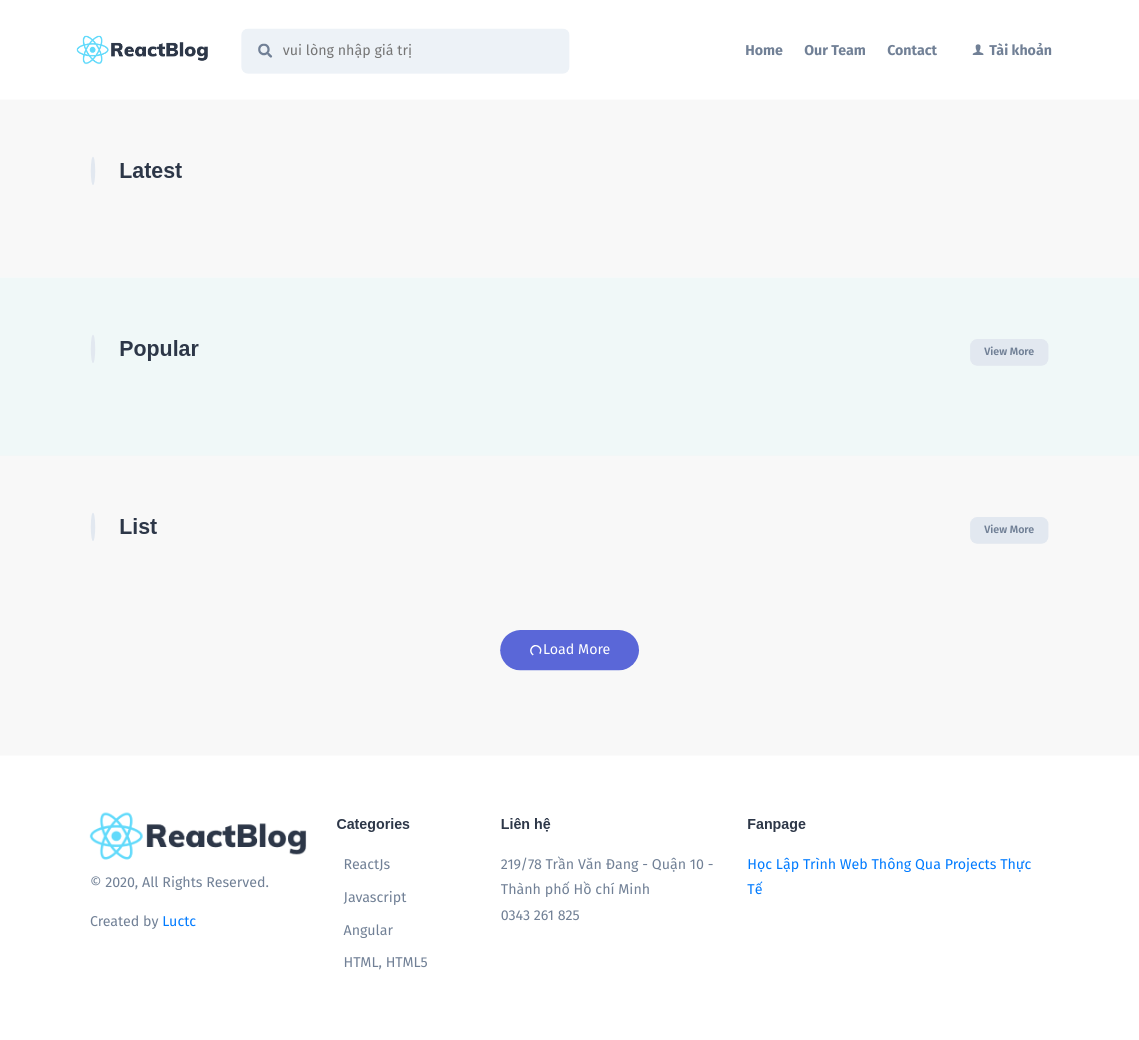
Repository: khuong30082000/Project-by-khuong
Page: /
An editor plug-in stored every save of this project. The page is shown before and after the next save, followed by the edit.
The browser window is 1280 px wide. The pictures show the whole page, at 89% of full size.
The page's requests for data from a server got no answer. Some web fonts or font styles are not loaded; a fallback is used. The project was rebuilt for these pictures with package versions that can differ from the ones it lists, and the page was loaded fresh each time. No one was signed in, and anything a server would have sent is missing. Also part of the build but not shown: src/components/ArticleItems/ArticleItemThumb.js, src/components/ArticleItems/ArticleItemTitle.js, src/components/ArticleItems/ArticleItemAvatar.js, src/components/ArticleItems/ArticleItemInfo.js, src/components/ArticleItems/ArticleItemCategory.js, src/components/ArticleItems/ArticleItemStats.js, src/components/ArticleItems/ArticleItemDesc.js, src/components/ArticleItems/index.js and 18 more.

Above is the page before, as saved 2022-04-12 16:08:37.

After the next save:
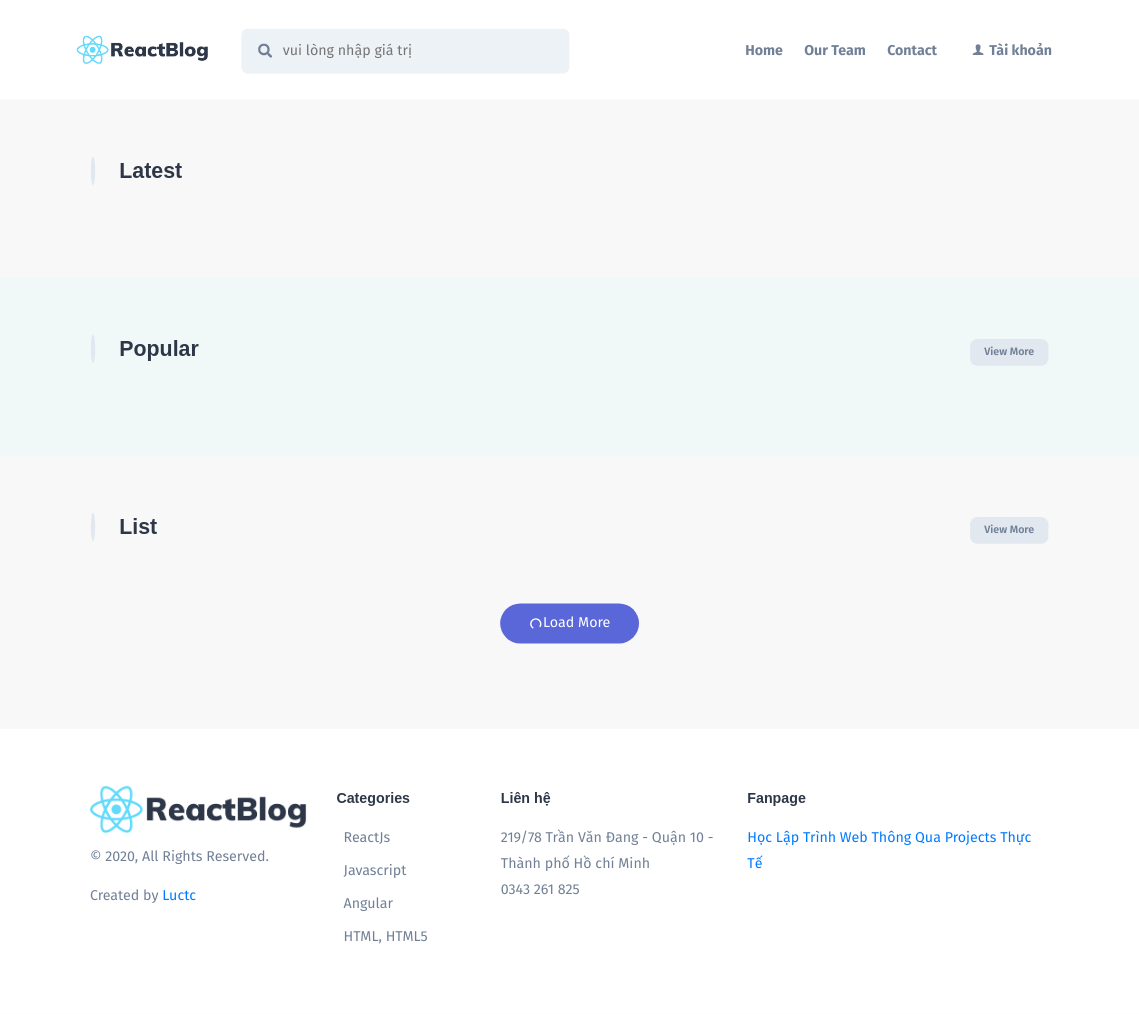
Saved 27 s later.
--- a/src/components/ArticleList/index.js
+++ b/src/components/ArticleList/index.js
@@ -20,12 +20,7 @@ function ArticleList() {
           <div className="tcl-col-12 tcl-col-md-6">
             <ArticleItems isStyleCard isShowAvatar={false} />
           </div>
-          <div className="tcl-col-12 tcl-col-md-6">
-            <ArticleItems isStyleCard isShowAvatar={false} />
-          </div>
-          <div className="tcl-col-12 tcl-col-md-6">
-            <ArticleItems isStyleCard isShowAvatar={false} />
-          </div>
+
         </div>
         {/* End Row News List */}
         {/* Btn Loadmore */}
